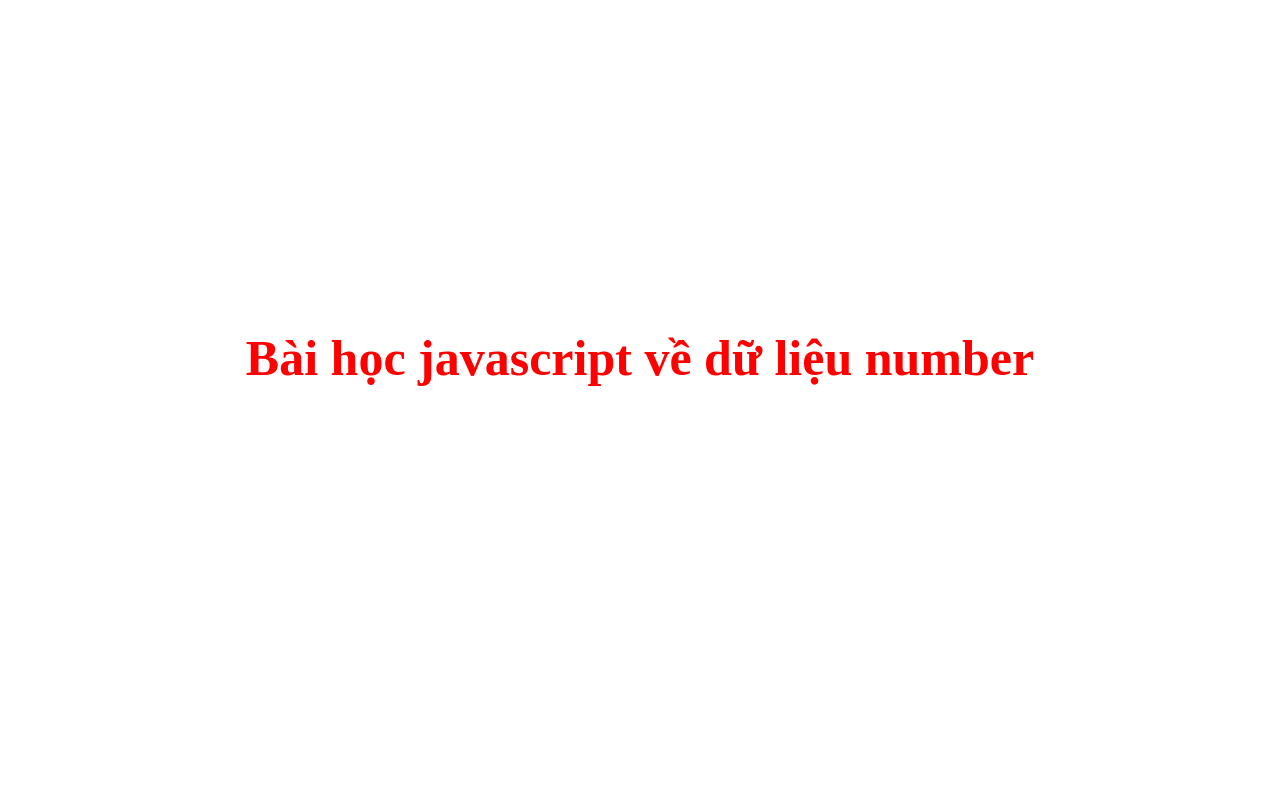
Repository: NgocVinh31/testjs
Page: number/index.html
An editor plug-in stored every save of this project. The page is shown before and after a run of saves, followed by the edit.
The browser window is 1280 px wide. The pictures show the whole page.

Above is the page before, as saved 2021-07-08 00:12:48.

### number/index.html
<!DOCTYPE html>
<html lang="en">
<head>
    <meta charset="UTF-8">
    <meta http-equiv="X-UA-Compatible" content="IE=edge">
    <meta name="viewport" content="width=device-width, initial-scale=1.0">
    <title>Document</title>
</head>
<body>
    <style>
        h1{
            width: 100%;
            height: 100vh;
            line-height: 90vh;
            font-size: 50px;
            color: red;
            text-align: center;
        }
    </style>
    <h1>Bài học javascript về dữ liệu number</h1>
    <script src="./number.js"></script>
</body>
</html>

Loaded but not shown: number/number.js (no stored copy; drawn as an empty file)

After the next 4 saves:
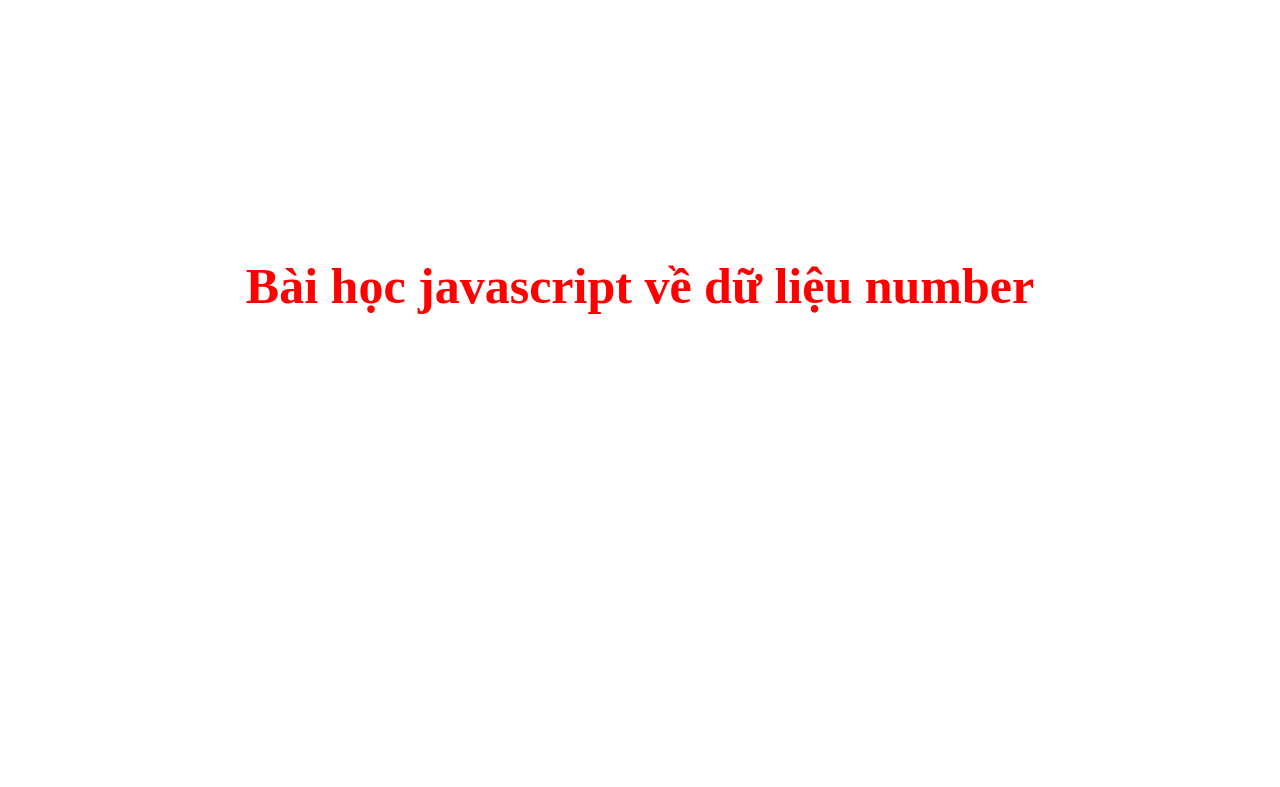
The 4 saves are shown as one change because they came seconds apart.
The last was saved 14 s later.
--- a/number/index.html
+++ b/number/index.html
@@ -11,7 +11,7 @@
         h1{
             width: 100%;
             height: 100vh;
-            line-height: 90vh;
+            line-height: 70vh;
             font-size: 50px;
             color: red;
             text-align: center;
